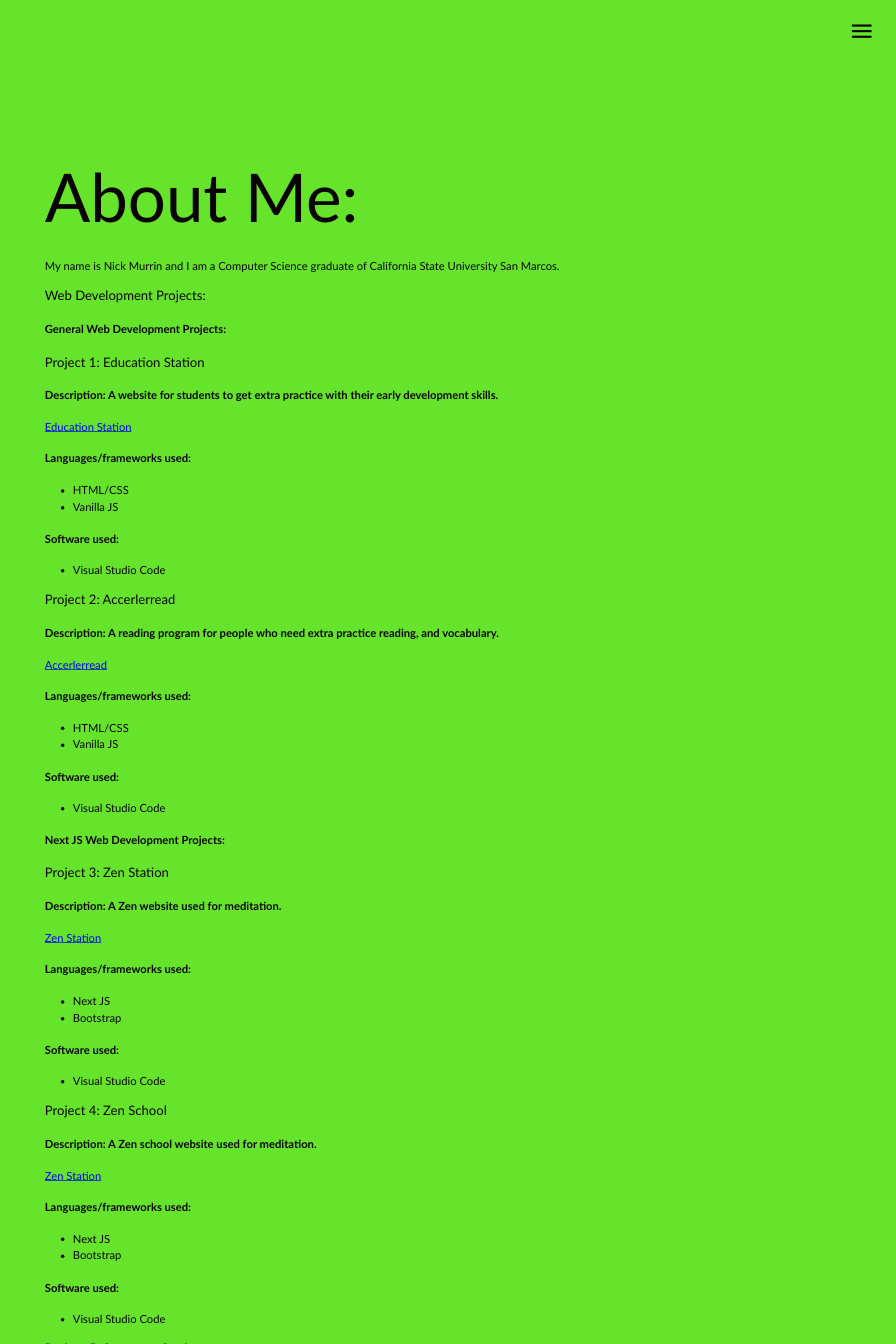
Repository: collegedude9300/modernport
Page: about.html
These files come from the project's save history. The page is drawn as it stood at one moment and after the next save; the edit follows.
The browser window is 1280 px wide. The pictures show the part of the page from y = 0 to 1920 px (the page is 2569 px tall before and 2502 px after), at 70% of full size.

Above is the page before, as saved 2024-01-14 12:41:48.

After the next save:
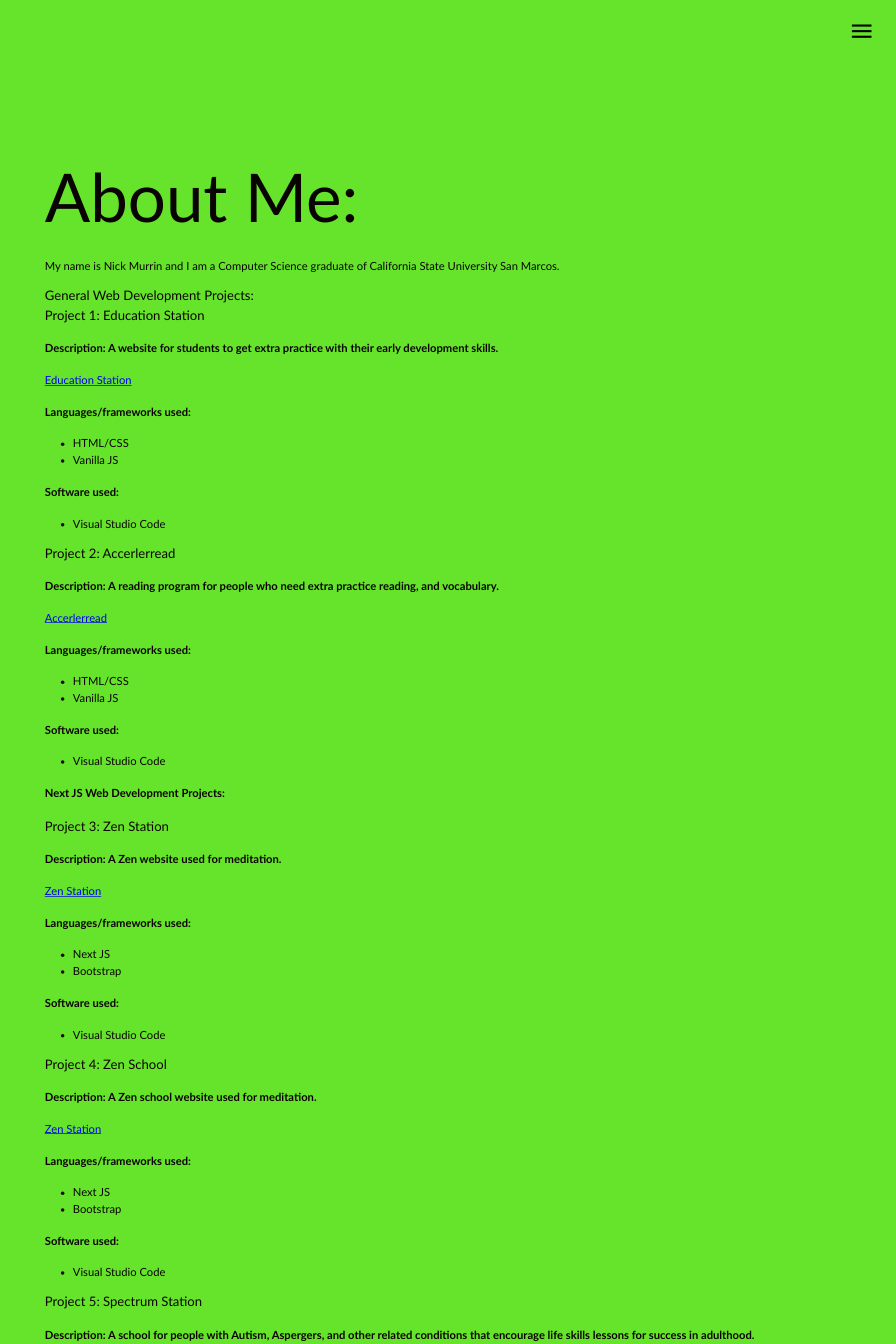
Saved 3 min 9 s later.
--- a/about.html
+++ b/about.html
@@ -51,9 +51,8 @@ About Me:
     <div class="about-info">
     <div class="bio">
       <p>My name is Nick Murrin and I am a Computer Science graduate of California State University San Marcos. </p>
-      <h3>  Web Development Projects:</h3>
+      <h3> General Web Development Projects:</h3>
       </div>
-      <h4>  General Web Development Projects:</h4>
       <div class="project1">
         <h3>Project 1: Education Station </h3>
         <h4>Description: A website for students to get extra practice with their early development skills.</h4>
